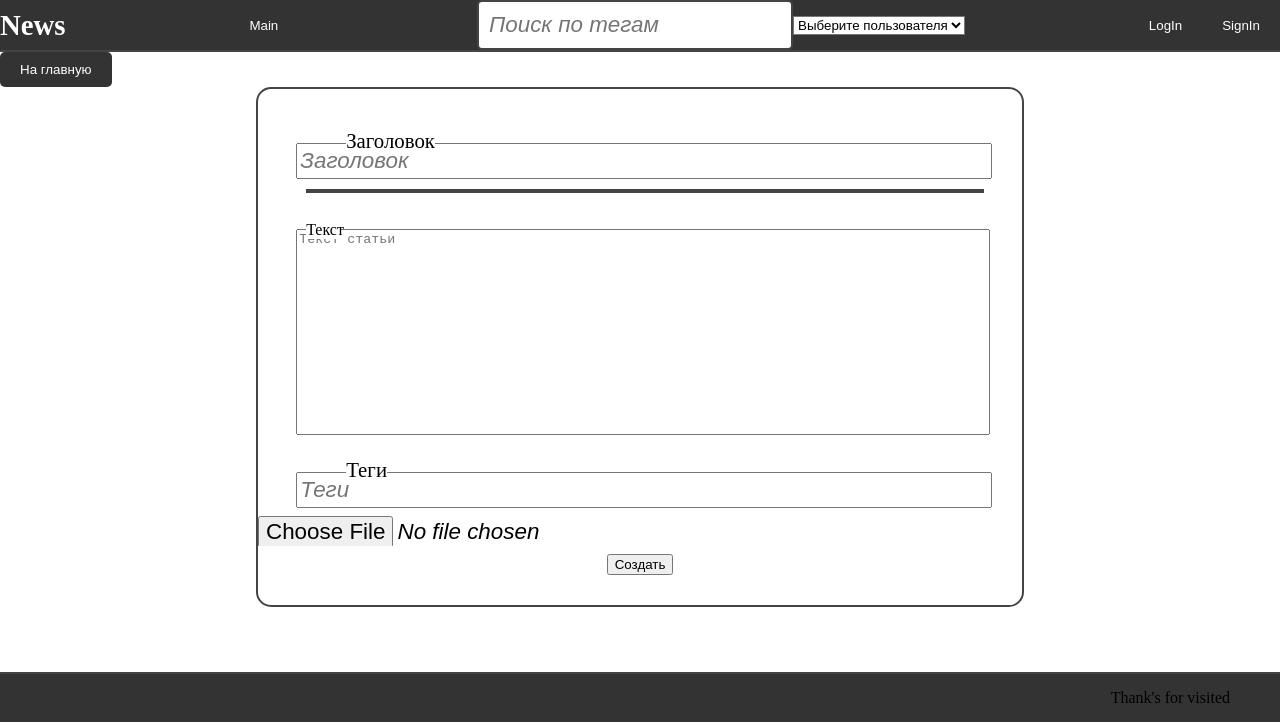
Repository: Igor-Blazhko/news_frontend
Page: /CreatePost
The author's editor kept a copy of each file at every save. The page is drawn from the files as they stood at one save, then again after a run of saves.
The browser window is 1280 px wide. The pictures show the whole page.
The project was rebuilt for these pictures with package versions that can differ from the ones it lists, and the page was loaded fresh each time. Also part of the build but not shown: vite.config.ts, src/components/allPost/onePost/onePost.module.css, src/components/allPost/onePost/onePost.tsx, src/components/allPost/allPost.tsx, src/components/auth/logIn/login.module.css, src/components/auth/logIn/login.tsx, src/components/auth/register/register.tsx, src/components/pageOnePost/comments/comment.tsx and 2 more.

Above is the page before, as saved 2024-07-15 16:34:15.

After the next 2 saves:
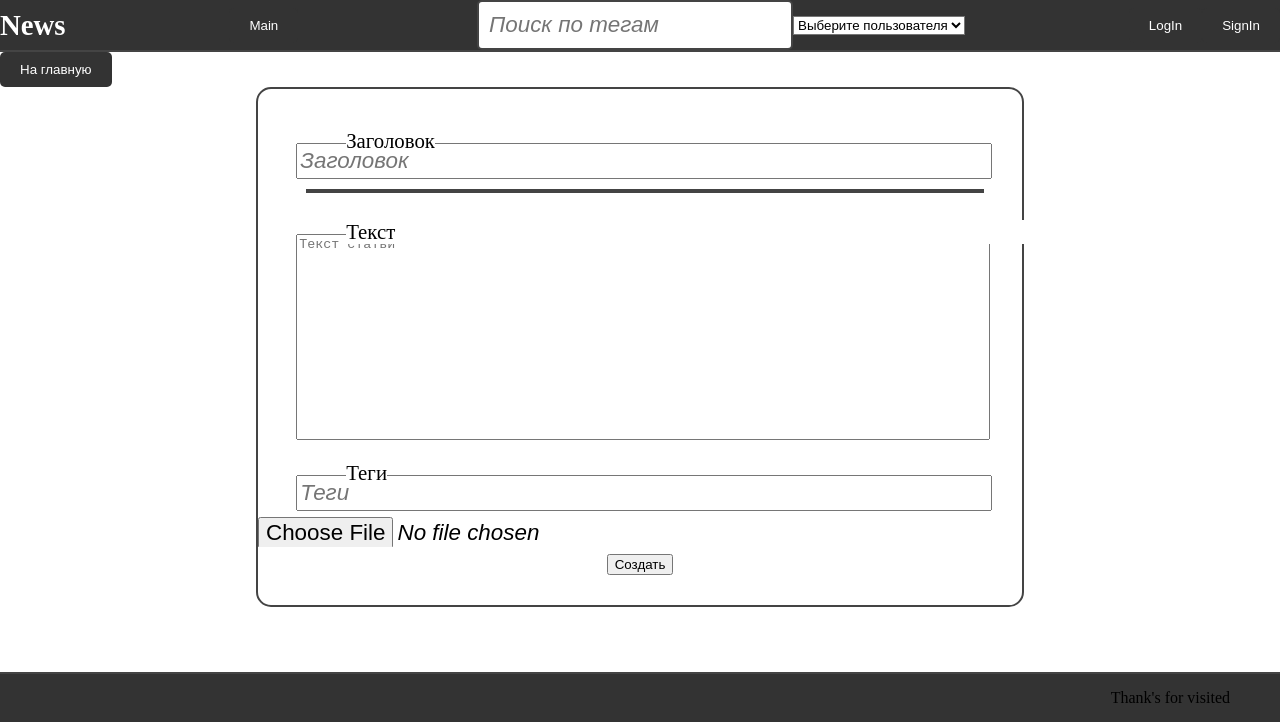
The 2 saves are shown as one change because they came seconds apart.
The last was saved 15 s later.
--- a/src/components/createPost/createPost.module.css
+++ b/src/components/createPost/createPost.module.css
@@ -16,7 +16,7 @@ form>div{
     width: 90%;
 }
 
-label {
+label, .label {
     position: relative;
     top: 10px;
     left: 50px;
@@ -28,13 +28,6 @@ label {
 div:has(input:focus) label{
     transition: all 0.2s  ease-in;
     top: 0;
-}
-.label{
-    background-color: white;
-    position: relative;
-    width: 5%;
-    top: 10px;
-    left: 10px;
 }
 textarea{
 	resize: none;
